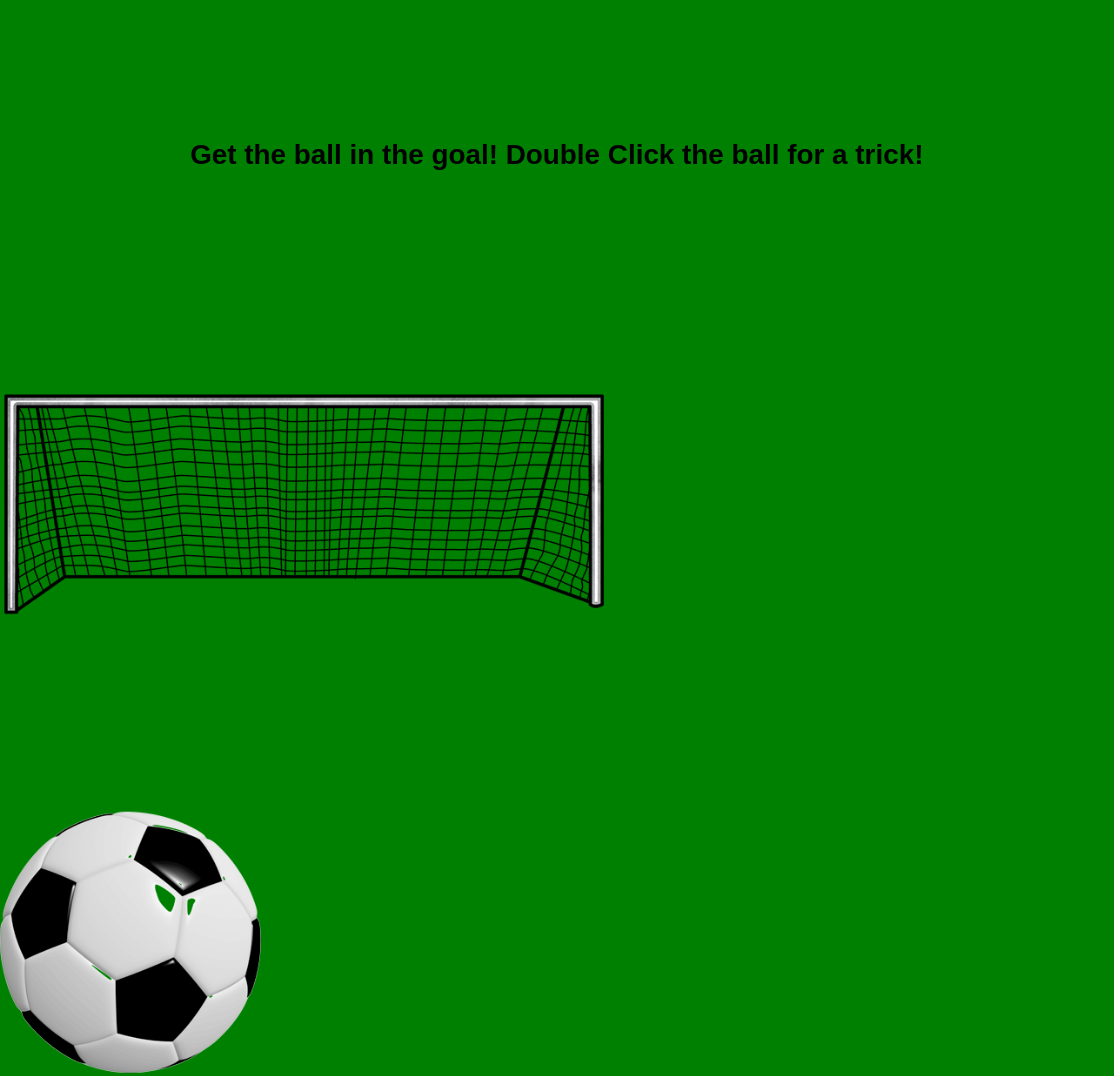
Repository: alexmaddux99/Lab3
Page: mouse-events.html
An editor plug-in stored every save of this project. The page is shown before and after the next save, followed by the edit.
The browser window is 1280 px wide. The pictures show the whole page, at 87% of full size.

Above is the page before, as saved 2022-03-06 17:17:42.

After the next save:
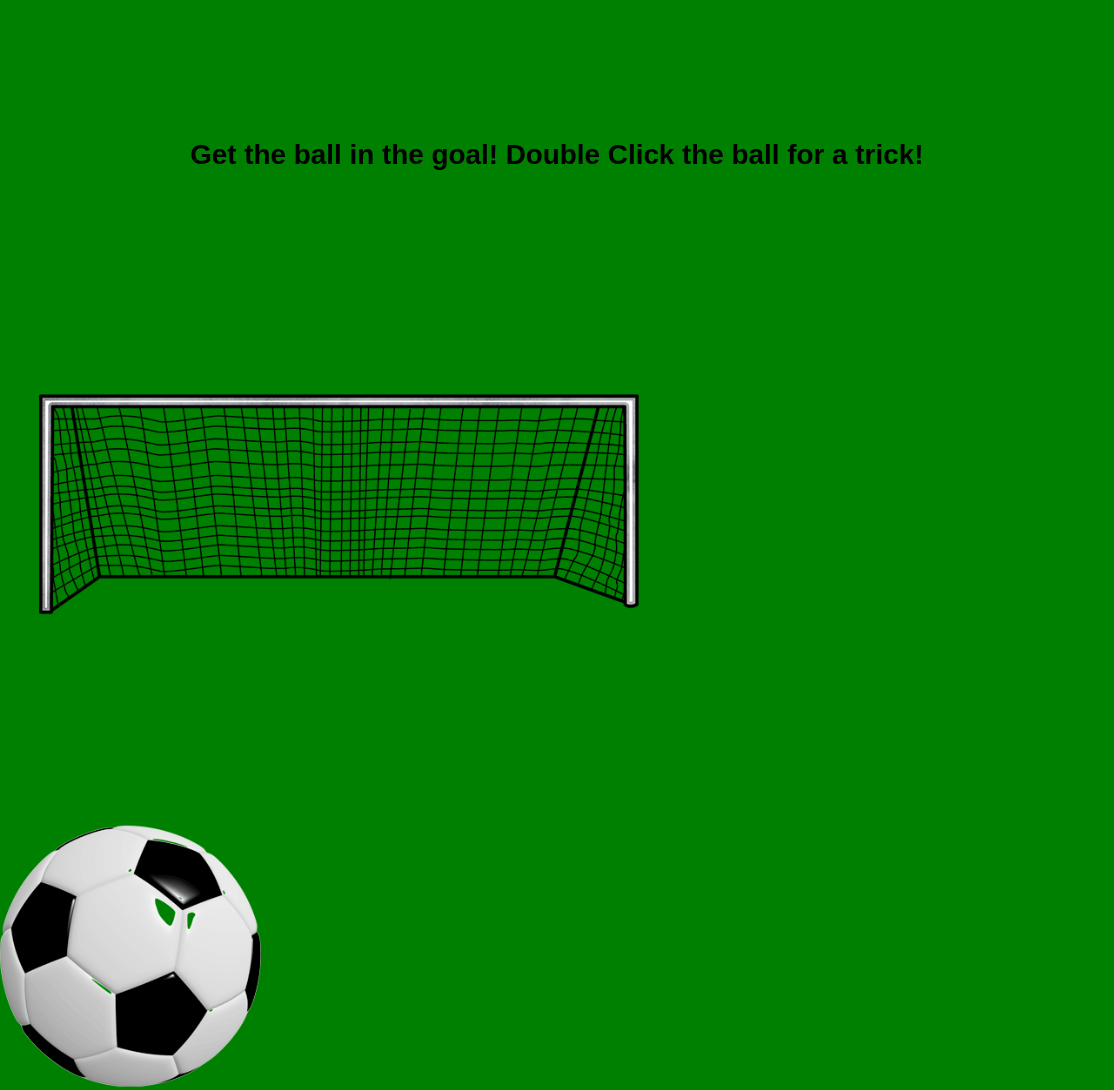
Saved 28 s later.
--- a/mouse-events.html
+++ b/mouse-events.html
@@ -42,8 +42,9 @@
 
     <p>Get the ball in the goal! Double Click the ball for a trick!</p>
 
-
-    <img goal src="/images/goal.png" alt="GOAL!">
+    <figure>
+    <img src="/images/goal.png" alt="GOAL!">
+</figure>
 
 
     <div id="dot" class="ball">
